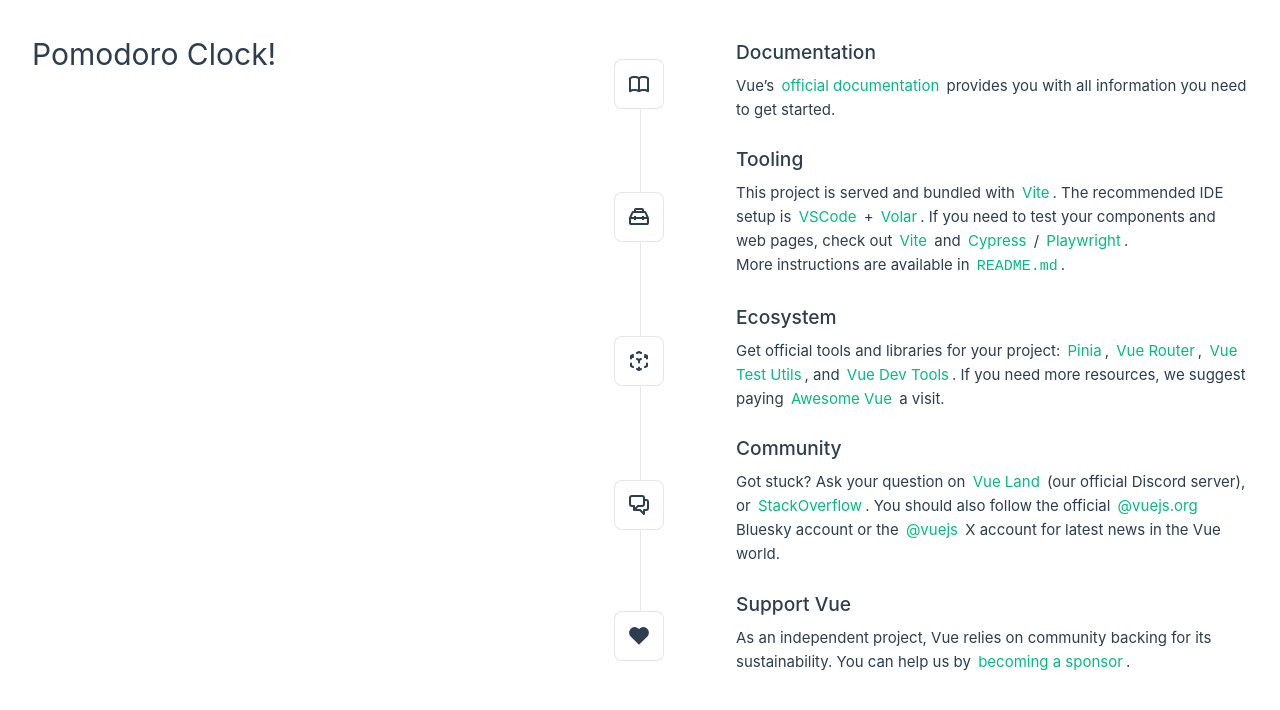
Repository: asing44/FCC
Page: / (app in Front-End-Projects/fcc-frontend-projects-pomodoro/)
These files come from the project's save history. The page is drawn as it stood at one moment and after the next save; the edit follows.
The browser window is 1280 px wide. The pictures show the whole page.
The project was rebuilt for these pictures with package versions that can differ from the ones it lists, and the page was loaded fresh each time. Also part of the build but not shown: Front-End-Projects/fcc-frontend-projects-pomodoro/vite.config.js.

Above is the page before, as saved 2025-01-15 19:22:02.

### Front-End-Projects/fcc-frontend-projects-pomodoro/src/App.vue
<script setup>
import TheWelcome from './components/TheWelcome.vue'
</script>

<template>
  <header>
    <h1>Pomodoro Clock!</h1>
  </header>

  <main>
    <TheWelcome />
  </main>
</template>

<style scoped>
.header {
  text-align: center;
  width: 100%;
}
</style>

Loaded but not shown: Front-End-Projects/fcc-frontend-projects-pomodoro/index.html (common file); Front-End-Projects/fcc-frontend-projects-pomodoro/src/main.js (common file); Front-End-Projects/fcc-frontend-projects-pomodoro/src/assets/main.css (common file); Front-End-Projects/fcc-frontend-projects-pomodoro/src/assets/base.css (common file); Front-End-Projects/fcc-frontend-projects-pomodoro/src/components/TheWelcome.vue (common file); Front-End-Projects/fcc-frontend-projects-pomodoro/src/components/WelcomeItem.vue (common file); Front-End-Projects/fcc-frontend-projects-pomodoro/src/components/icons/IconDocumentation.vue (common file); Front-End-Projects/fcc-frontend-projects-pomodoro/src/components/icons/IconTooling.vue (common file); Front-End-Projects/fcc-frontend-projects-pomodoro/src/components/icons/IconEcosystem.vue (common file); Front-End-Projects/fcc-frontend-projects-pomodoro/src/components/icons/IconCommunity.vue (common file); Front-End-Projects/fcc-frontend-projects-pomodoro/src/components/icons/IconSupport.vue (common file)

After the next save:
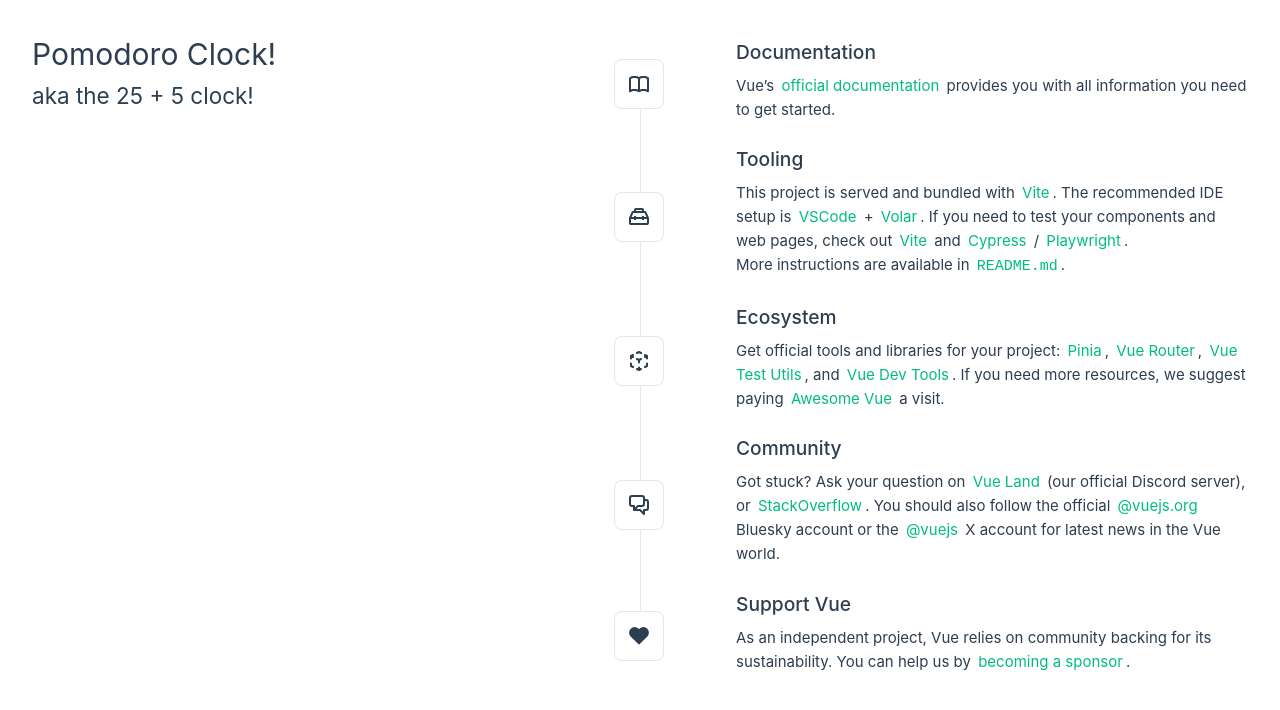
Saved 66 s later.
--- a/Front-End-Projects/fcc-frontend-projects-pomodoro/src/App.vue
+++ b/Front-End-Projects/fcc-frontend-projects-pomodoro/src/App.vue
@@ -5,6 +5,7 @@
 <template>
   <header>
     <h1>Pomodoro Clock!</h1>
+    <h2 class="subheading">aka the 25 + 5 clock!</h2>
   </header>
 
   <main>
@@ -15,6 +16,5 @@
 <style scoped>
 .header {
   text-align: center;
-  width: 100%;
 }
 </style>
